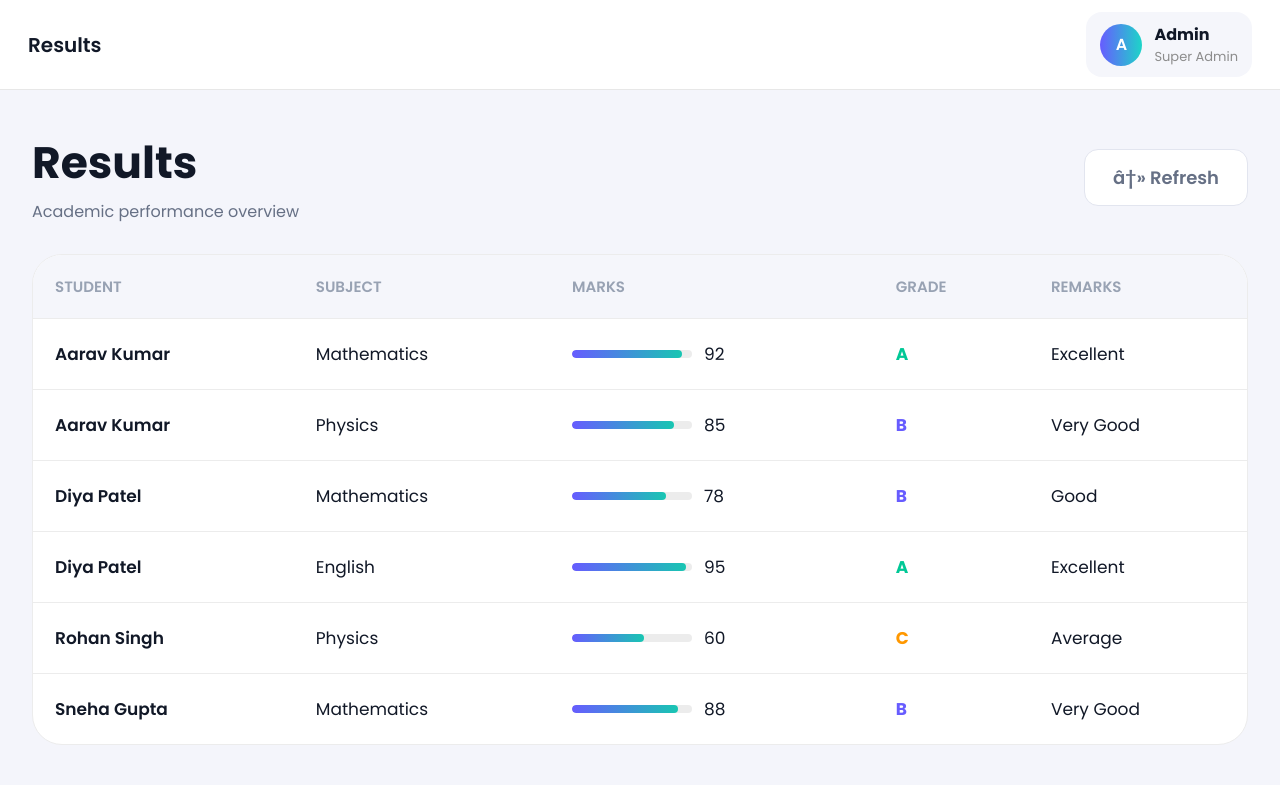
Repository: rohit-rk-07/school_management_system
Page: http://localhost/School_Management_System/results.jsp
An editor plug-in stored every save of this project. The page is shown before and after the next save, followed by the edit.
The browser window is 1280 px wide. The pictures show the whole page.
The page is served by Tomcat 10.

Above is the page before, as saved 2026-05-20 07:50:07.

After the next save:
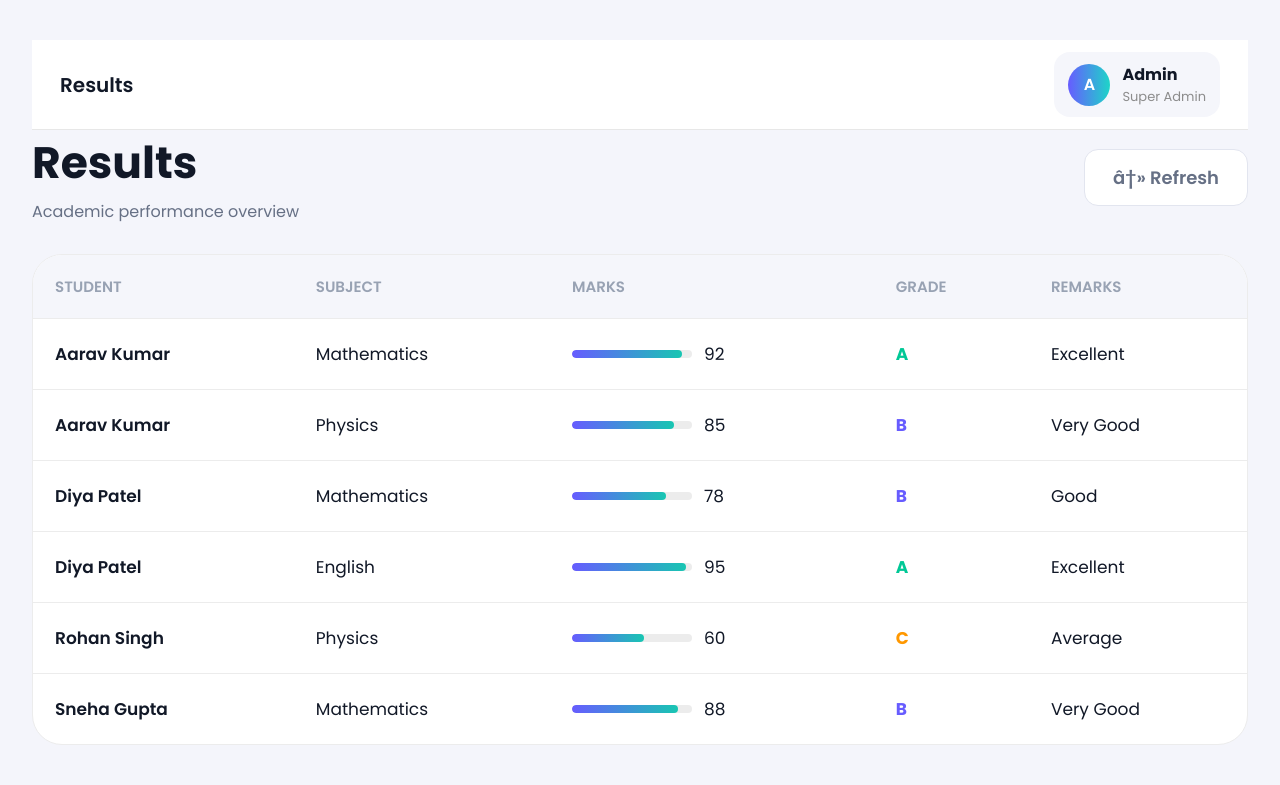
Saved 23 s later.
--- a/School_Management_System/src/main/webapp/results.jsp
+++ b/School_Management_System/src/main/webapp/results.jsp
@@ -232,6 +232,14 @@
          TOPBAR
     ========================== -->
 
+
+
+    <!-- =========================
+         PAGE CONTENT
+    ========================== -->
+
+    <div class="resultsPageContainer">
+
     <div class="resultsTopbar">
 
         <h2 class="resultsTopbarTitle">
@@ -257,12 +265,6 @@
         </div>
 
     </div>
-
-    <!-- =========================
-         PAGE CONTENT
-    ========================== -->
-
-    <div class="resultsPageContainer">
 
         <!-- HEADER -->
 
